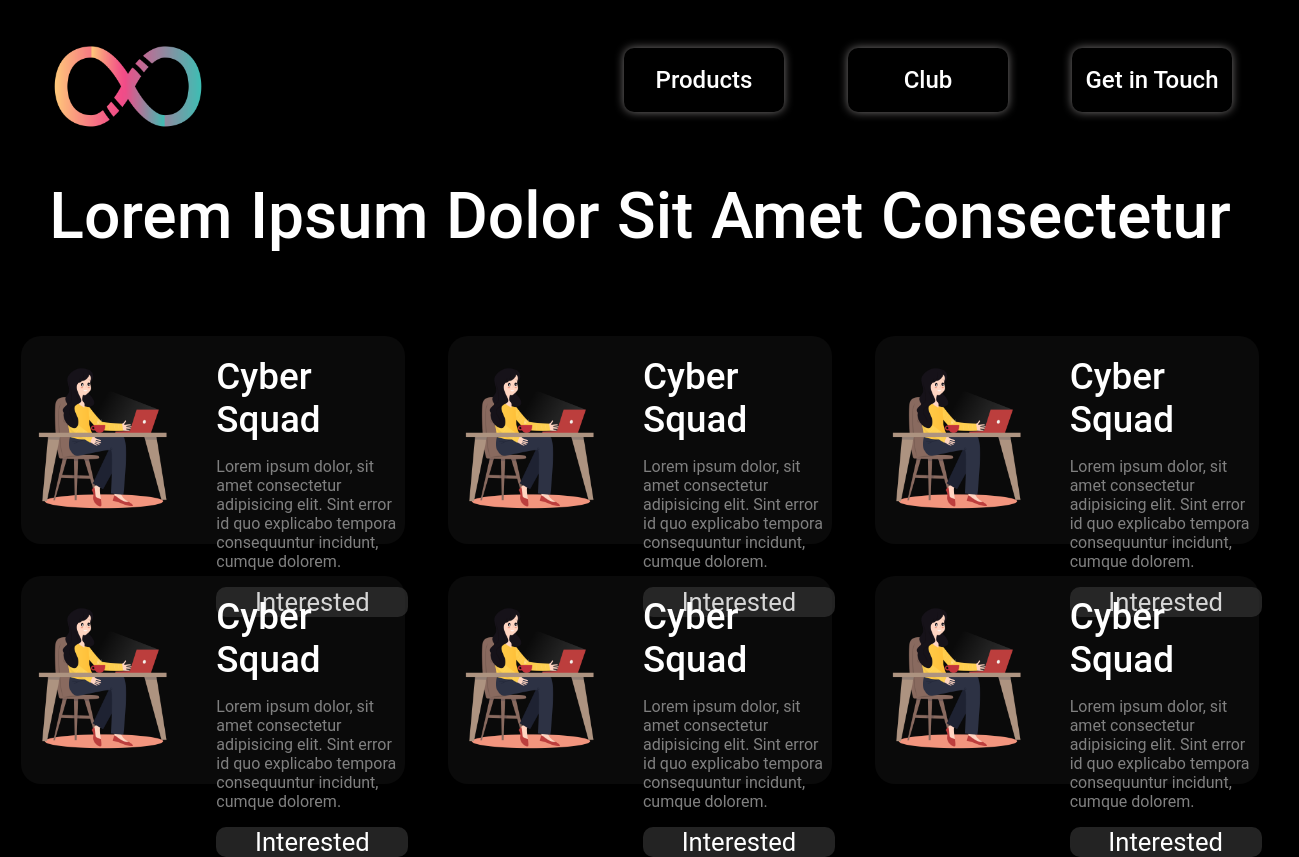
Repository: kapil4457/vizion-internship-project
Page: /
These files come from the project's save history. The page is drawn as it stood at one moment and after the next save; the edit follows.
The browser window is 1280 px wide. The page is 1280 px wide, then 1299 px, then 1280 px, so the pictures cover 1299 px, including what lies to the right of the window. The pictures show the whole page.
The project was rebuilt for these pictures with package versions that can differ from the ones it lists, and the page was loaded fresh each time. Also part of the build but not shown: src/index.css.

Above is the page before, as saved 2022-10-29 10:18:50.

After the next save:
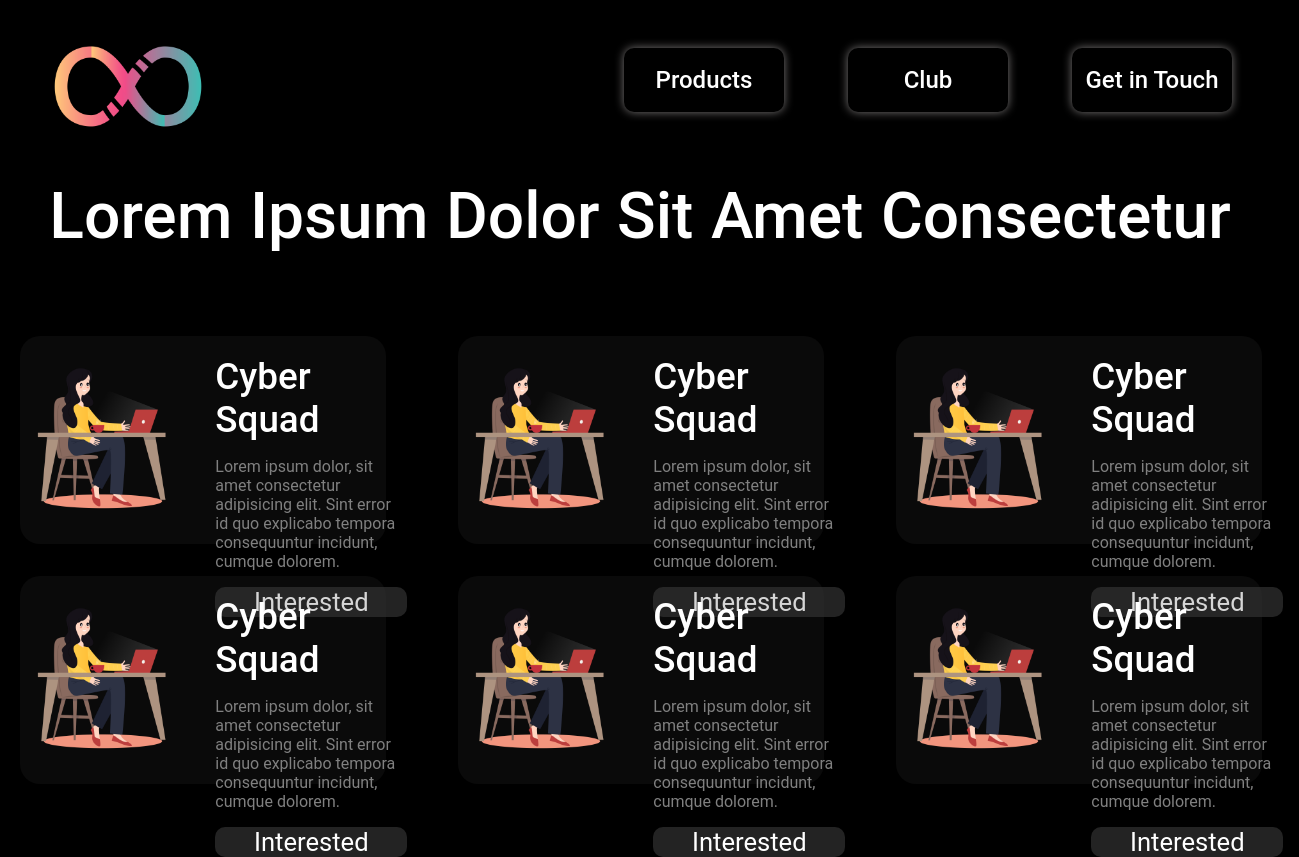
Saved 17 s later.
--- a/src/components/Home/Home.css
+++ b/src/components/Home/Home.css
@@ -25,5 +25,6 @@
     display:grid;
     grid-template-columns: 1fr 1fr 1fr;
     row-gap: 2rem;
+    column-gap: 2rem;
     place-items: center;
 }

After the save that followed:
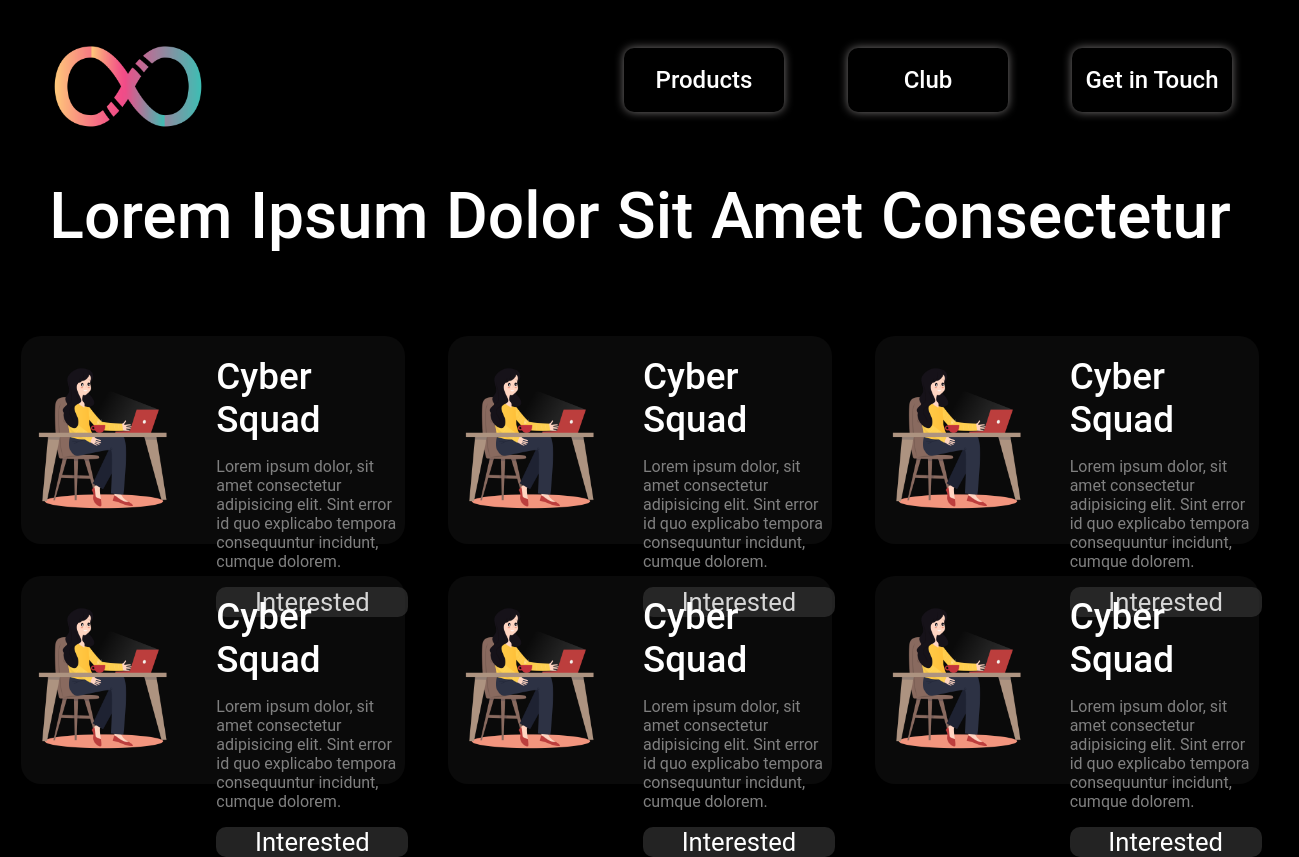
Saved 5 s later.
--- a/src/components/Home/Home.css
+++ b/src/components/Home/Home.css
@@ -25,6 +25,5 @@
     display:grid;
     grid-template-columns: 1fr 1fr 1fr;
     row-gap: 2rem;
-    column-gap: 2rem;
     place-items: center;
 }
